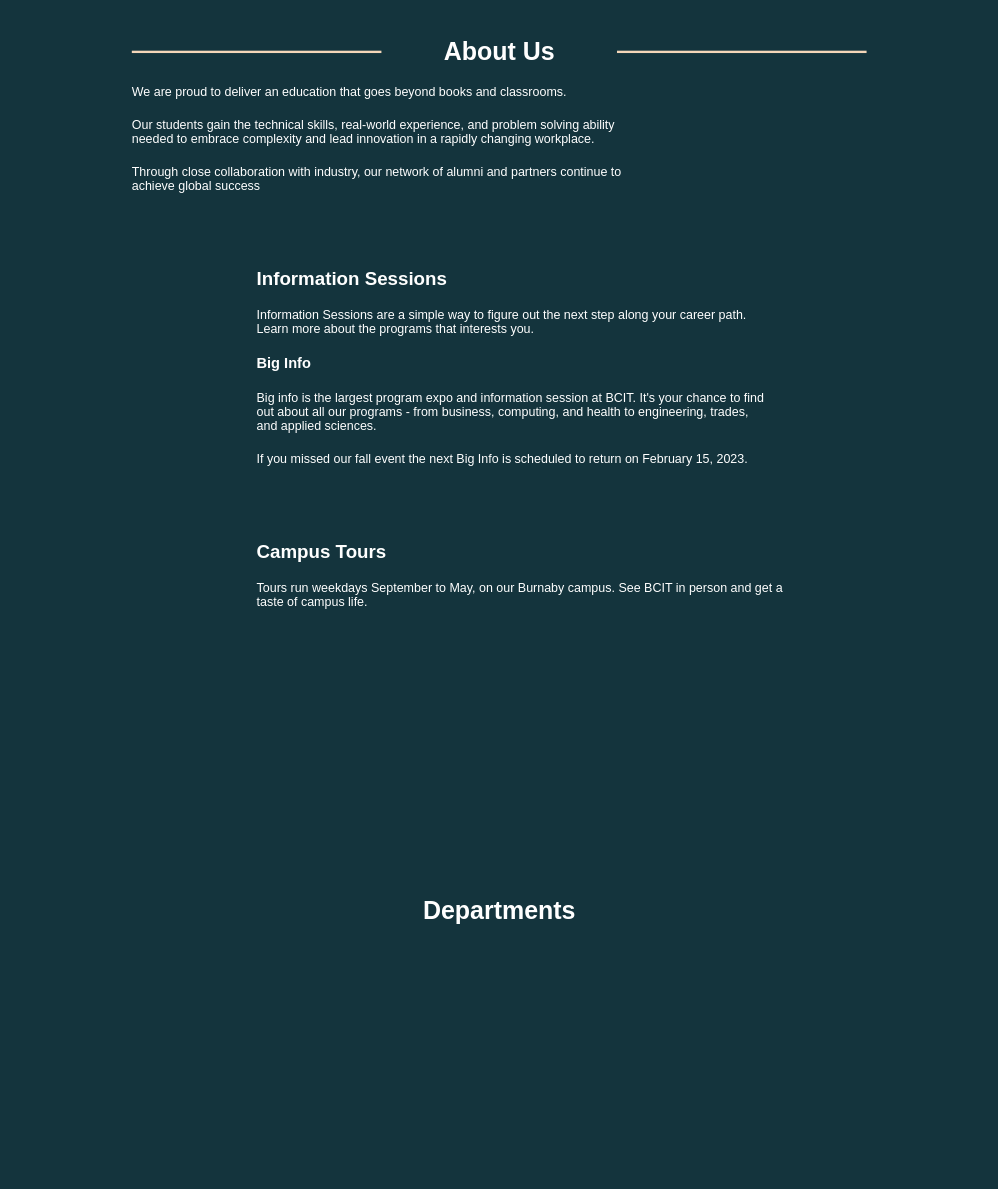
Repository: jennydmcm/assignment-1-playwright-site-A01338943
Page: /about
The author's editor kept a copy of each file at every save. The page is drawn from the files as they stood at one save, then again after the next save.
The browser window is 1280 px wide. The pictures show the whole page, at 78% of full size.
The project was rebuilt for these pictures with package versions that can differ from the ones it lists, and the page was loaded fresh each time. The framework's server and built-in components were replaced by stand-ins that run in the browser. Also part of the build but not shown: next.config.js.

Above is the page before, as saved 2023-02-08 13:58:22.

### pages/_app.js
import '../styles/globals.css'
import '../styles/variables.css'

function MyApp({ Component, pageProps }) {
  return <Component {...pageProps} />
}

export default MyApp

### pages/about.js
import Head from "next/head";
import Image from "next/image";
import { Inter } from "@next/font/google";
import styles from "@/styles/About.module.css";
const inter = Inter({ subsets: ["latin"] });

export default function Home() {
  return (
    <>
      <Head>
        <title>About Us</title>
        <meta name="description" content="Generated by create next app" />
        <meta name="viewport" content="width=device-width, initial-scale=1" />
        <meta name="author" content="MDIA 2109" />
        <meta property="og:title" content="Assignment #1 - About Us Page" />
        <meta
          property="og:description"
          content="BCIT Digital Design and Development Diploma"
        />
        <link rel="icon" href="/favicon.png" />
      </Head>
      <main className={styles.main}>
        <header>
          <div className={styles.about}>
            <div className={styles.header}>
              <hr className={styles.lines}></hr>
              <h1 className={styles.aboutTitle}>About Us</h1>
              <hr className={styles.lines}></hr>
            </div>
            <div className={styles.aboutText}>
              <p className={styles.mainText}>
                We are proud to deliver an education that goes beyond books and
                classrooms.
              </p>
              <p className={styles.mainText}>
                Our students gain the technical skills, real-world experience,
                and problem solving ability <br></br>
                needed to embrace complexity and lead innovation in a rapidly
                changing workplace.
              </p>
              <p className={styles.mainText}>
                Through close collaboration with industry, our network of alumni
                and partners continue to <br></br>
                achieve global success
              </p>
            </div>
          </div>
          <div className={styles.infosesh}>
            <h2>Information Sessions</h2>
            <p className={styles.mainText}>
              Information Sessions are a simple way to figure out the next step
              along your career path. <br></br>
              Learn more about the programs that interests you.
            </p>
            <h3 className={styles.bigInfo}>Big Info</h3>
            <p className={styles.mainText}>
              Big info is the largest program expo and information session at
              BCIT. It's your chance to find<br></br>
              out about all our programs - from business, computing, and health
              to engineering, trades,<br></br>
              and applied sciences.
            </p>
            <p className={styles.mainText}>
              If you missed our fall event the next Big Info is scheduled to
              return on February 15, 2023.
            </p>
          </div>

          <div className={styles.tours}>
            <h2>Campus Tours</h2>
            <p className={styles.mainText}>
              Tours run weekdays September to May, on our Burnaby campus. See
              BCIT in person and get a<br></br>
              taste of campus life.
            </p>
          </div>
          <div className={styles.dept}>
            <h1>Departments</h1>
          </div>
        </header>
        <a>
          <span>
            <img href="/upwardArrow.png"></img>
            <img href="downwardArrow.png"></img>
          </span>
        </a>
      </main>
    </>
  );
}

### styles/variables.css
:root{
    --primary-color: #fff;
    --secondary-color: #f4d6b9;
    --ternary-color: #14343d;
    --quaternary-color: #14343d;
    --quinary-color: rgba(16,46,53,0.5);

}

### styles/About.module.css
.main{
    background-color: var(--ternary-color);
    color: var(--primary-color);
    font-family: Arial, Helvetica, sans-serif;
    display: flex;
    flex-direction: column;
    justify-content: center;
    align-items: center;
}
.about{
    display: flex;
    flex-direction: column;
    padding: 3rem;
    padding-bottom: 3rem;
    align-content: center;


}


.infosesh{
    display: flex;
    flex-direction: column;
    padding: 3rem;
    padding-bottom: 3rem;
    padding-left: 13rem;

}

.bigInfo{
    padding-top: 1.5rem;

}

.tours{
    display: flex;
    flex-direction: column;
    padding: 3rem;
    padding-bottom: 3rem;
    padding-left: 13rem;

}

.dept{
    display: flex;
    flex-direction: column;
    padding-top: 20rem;
    padding-bottom: 20rem;
    align-items: center;


}

.aboutTitle{
    display: flex;
    flex-direction: column;
    align-items: center;
    padding-left: 5rem;
    padding-right: 5rem;
}

.mainText{
    padding-top: 1.5rem;
}

.lines{
    border-top: none;
    border-bottom: 0.2rem solid var(--secondary-color);
    border-left: none;
    border-right: none;
    width: 20rem;
}
.header{
    display: flex;
    flex-direction: row;
    align-items: center;
}

Loaded but not shown: pages/_document.js (common file); styles/globals.css (common file)

After the next save:
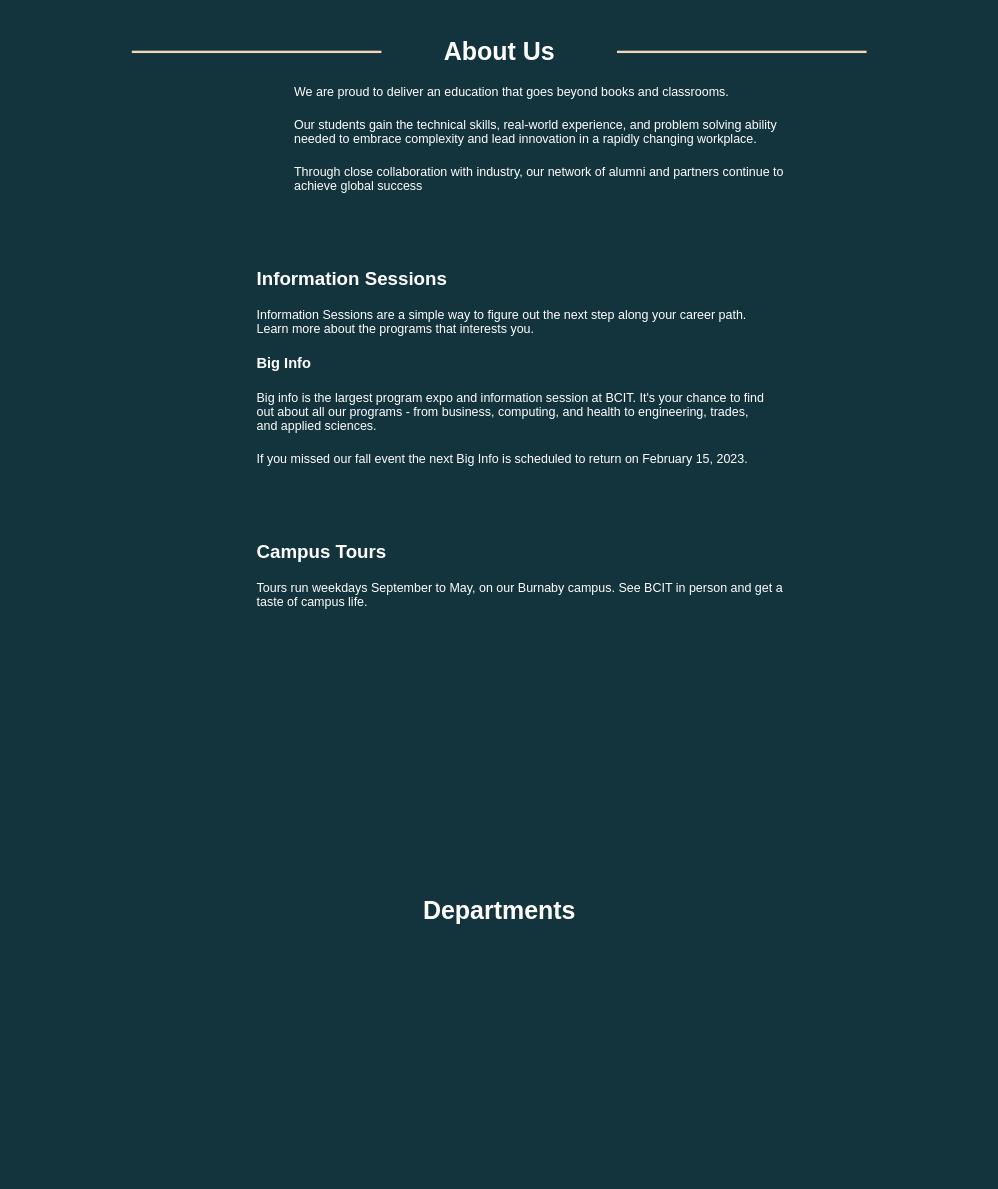
Saved 10 s later.
--- a/styles/About.module.css
+++ b/styles/About.module.css
@@ -40,6 +40,9 @@
     padding-left: 13rem;
 
 }
+.aboutText{
+    padding-left: 13rem;
+}
 
 .dept{
     display: flex;
